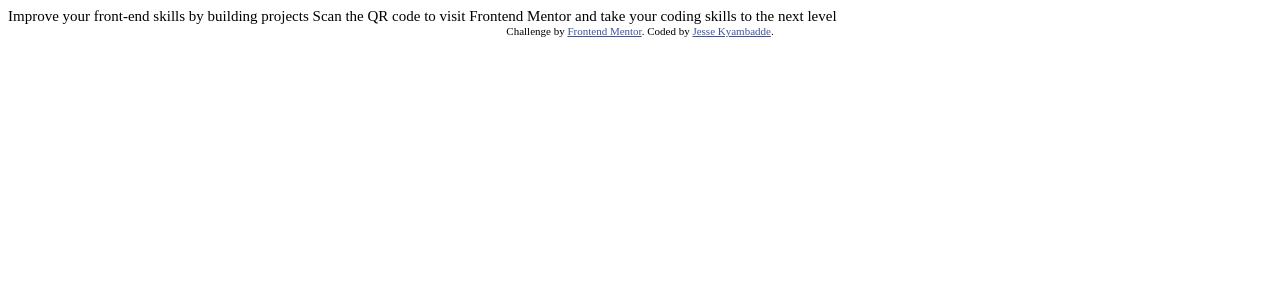
Repository: jesar-enl/qr-code-component-main-sample
Page: index.html
The author's editor kept a copy of each file at every save. The page is drawn from the files as they stood at one save, then again after the next save.
The browser window is 1280 px wide. The pictures show the whole page.

Above is the page before, as saved 2022-03-04 08:42:00.

### index.html
<!DOCTYPE html>
<html lang="en">
<head>
  <meta charset="UTF-8">
  <meta name="viewport" content="width=device-width, initial-scale=1.0"> <!-- displays site properly based on user's device -->

  <link rel="icon" type="image/png" sizes="32x32" href="./images/favicon-32x32.png">

  <title>Frontend Mentor | QR code component</title>

  <!-- Feel free to remove these styles or customize in your own stylesheet 👍 -->
  <style>
    .attribution { font-size: 11px; text-align: center; }
    .attribution a { color: hsl(228, 45%, 44%); }
  </style>
  <link rel="stylesheet" href="style.css">
  <link href="https://fonts.googleapis.com/css2?family=Outfit:wght@400;700&family=Poppins:wght@300;400;500;600&display=swap" rel="stylesheet">
</head>
<body>

  Improve your front-end skills by building projects

  Scan the QR code to visit Frontend Mentor and take your coding skills to the next level

  <div class="attribution">
    Challenge by <a href="https://www.frontendmentor.io?ref=challenge" target="_blank">Frontend Mentor</a>.
    Coded by <a href="#">Jesse Kyambadde</a>.
  </div>
</body>
</html>

### style.css
* {
    box-sizing: border-box;
}
 body {
     font-size: 15px;

 }

After the next save:
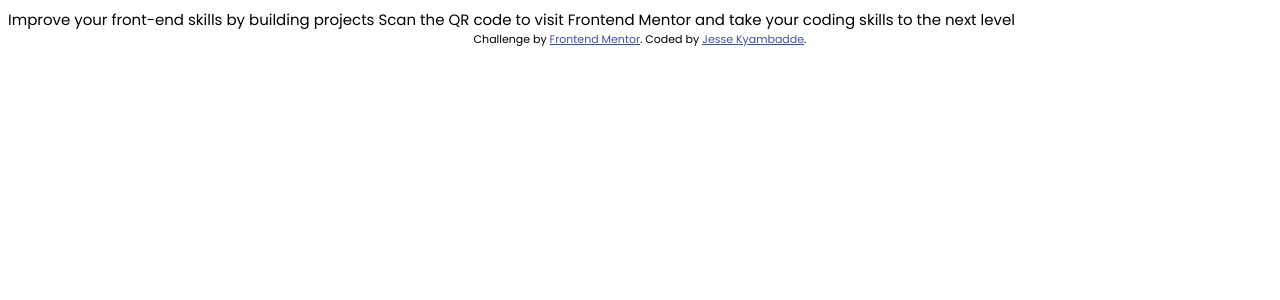
Saved 85 s later.
--- a/style.css
+++ b/style.css
@@ -3,5 +3,7 @@
 }
  body {
      font-size: 15px;
+     font-family: 'Outfit', sans-serif;
 
+     font-family: 'Poppins', sans-serif;
  }
